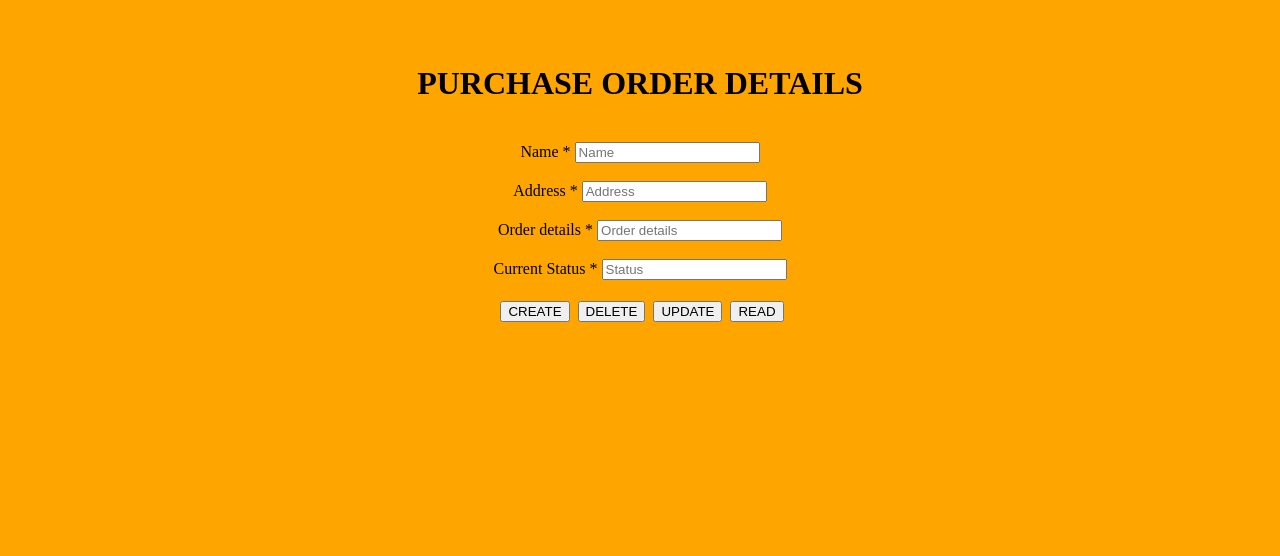
Repository: dhanasekar13/servlet
Page: shooping1/war/first.html
The author's editor kept a copy of each file at every save. The page is drawn from the files as they stood at one save, then again after the next save.
The browser window is 1280 px wide. The pictures show the whole page.

Above is the page before, as saved 2017-05-10 10:35:39.

After the next save:
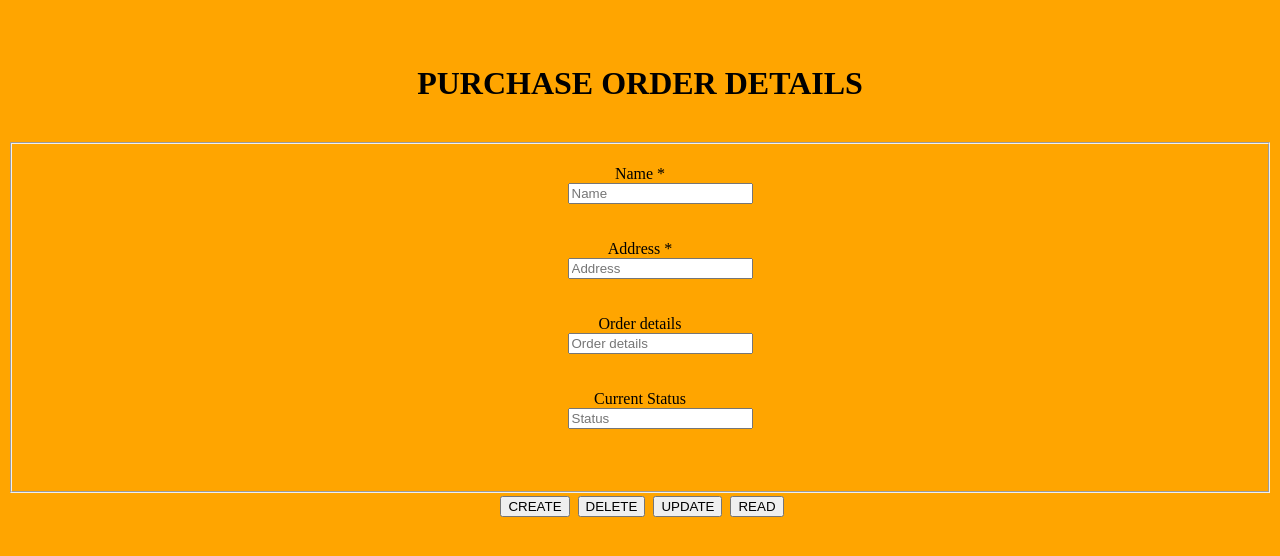
Saved 12 min 5 s later.
--- a/shooping1/war/first.html
+++ b/shooping1/war/first.html
@@ -9,21 +9,24 @@
 <br>
 <h1>PURCHASE ORDER DETAILS</h1>
 <br>
+ <fieldset>
+ <dl>
+   <dt><label>Name *</label></dt>
+  <dd><input type="text" id="firstname" name="firstname" placeholder="Name" required /></dd>
 
-   <label>Name *</label>
-   <input type="text" id="firstname" name="firstname" placeholder="Name" required />
 
  <br><br>
-   <label>Address *</label>
-   <input type="text" id="lastname" name="lastname" placeholder="Address" required />
+   <dt><label>Address *</label></dt>
+   <dd><input type="text" id="lastname" name="lastname" placeholder="Address" required /></dd>
   <br><br>
-   <label>Order details *</label>
-   <input type="text" id="lastname" name="order" placeholder="Order details" />
+  <dt> <label>Order details </label></dt>
+<dd>   <input type="text" id="lastname" name="order" placeholder="Order details" /></dd>
   <br><br>
-   <label>Current Status *</label>
-   <input type="text" id="lastname" name="status" placeholder="Status"/>
-  <br>
+ <dt>  <label>Current Status </label></dt>
+  <dd> <input type="text" id="lastname" name="status" placeholder="Status"/> </dd> <br>
 <br>
+</dl>
+</fieldset>
 <table>
 <tr>
 <td><input type="hidden" name="hide" value="1"></td>
